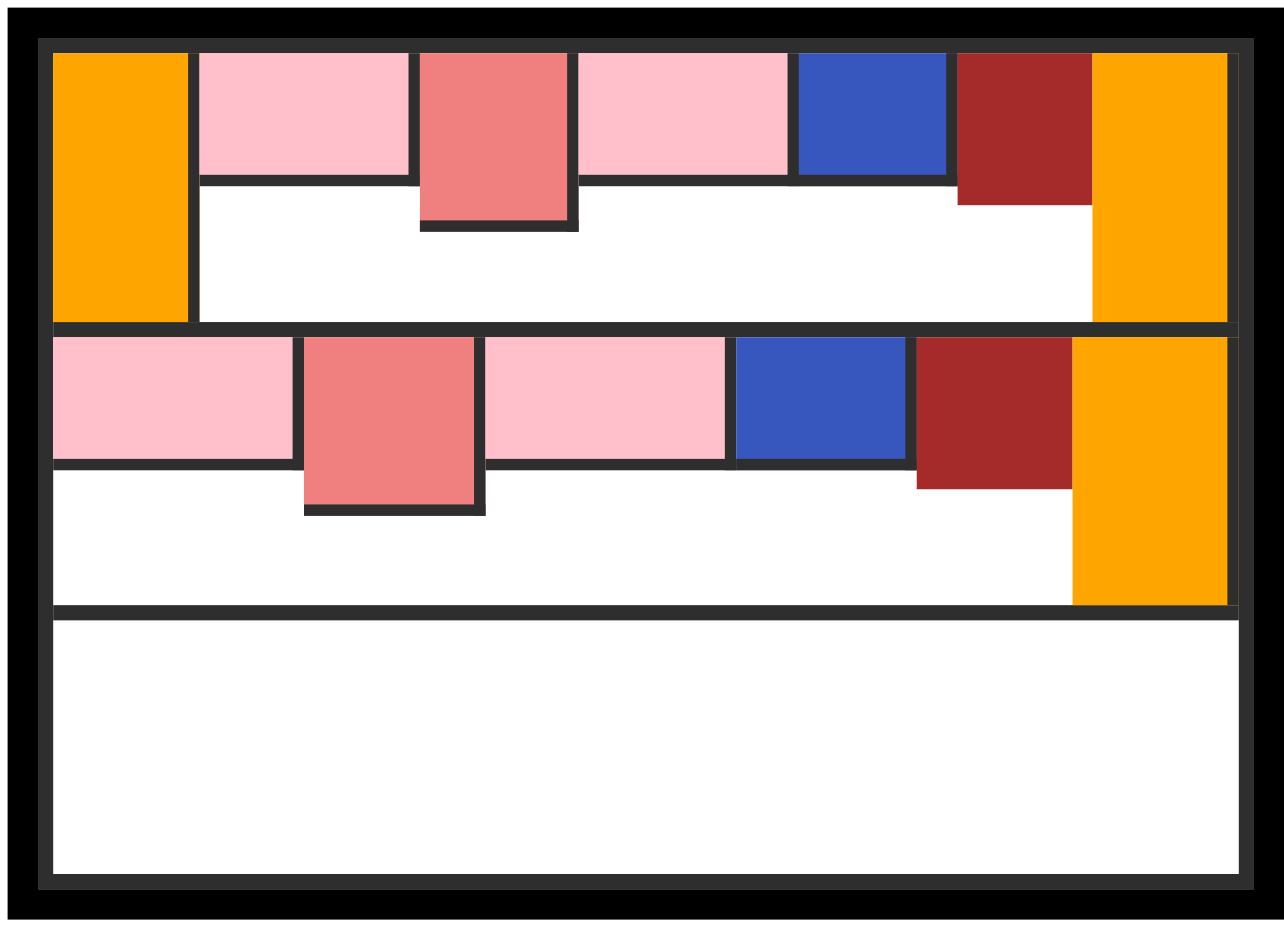
Repository: Tsardines/mondrian
Page: index.html
An editor plug-in stored every save of this project. The page is shown before and after the next save, followed by the edit.
The browser window is 1280 px wide. The page is 1352 px wide, so the pictures cover 1352 px, including what lies to the right of the window. The pictures show the whole page, at 95% of full size.
Some web fonts or font styles are not loaded; a fallback is used.

Above is the page before, as saved 2019-10-20 16:39:53.

After the next save:
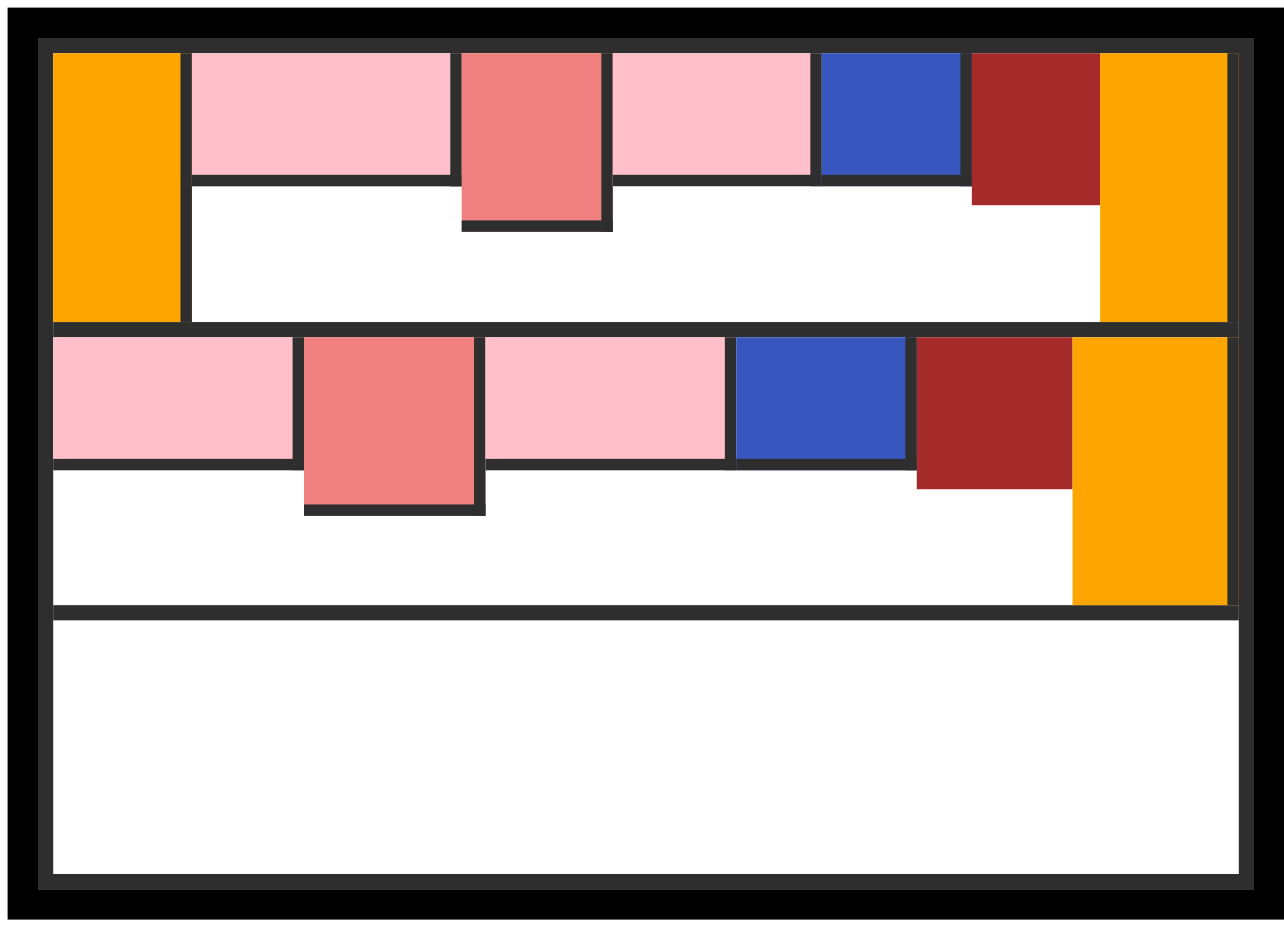
Saved 2 min 14 s later.
--- a/index.html
+++ b/index.html
@@ -17,7 +17,7 @@
         <div class="grid__container">
             <div class="grid__top">
                 <div class="rect--vert"></div>
-                <div class="rect--hori"></div>
+                <div class="rect--hori"><div class="rect--hori"></div></div>
                 <div class="sq--hori"></div>
                 <div class="rect--hori"></div>
                 <div class="rect--hori--mini"></div>

After the save that followed:
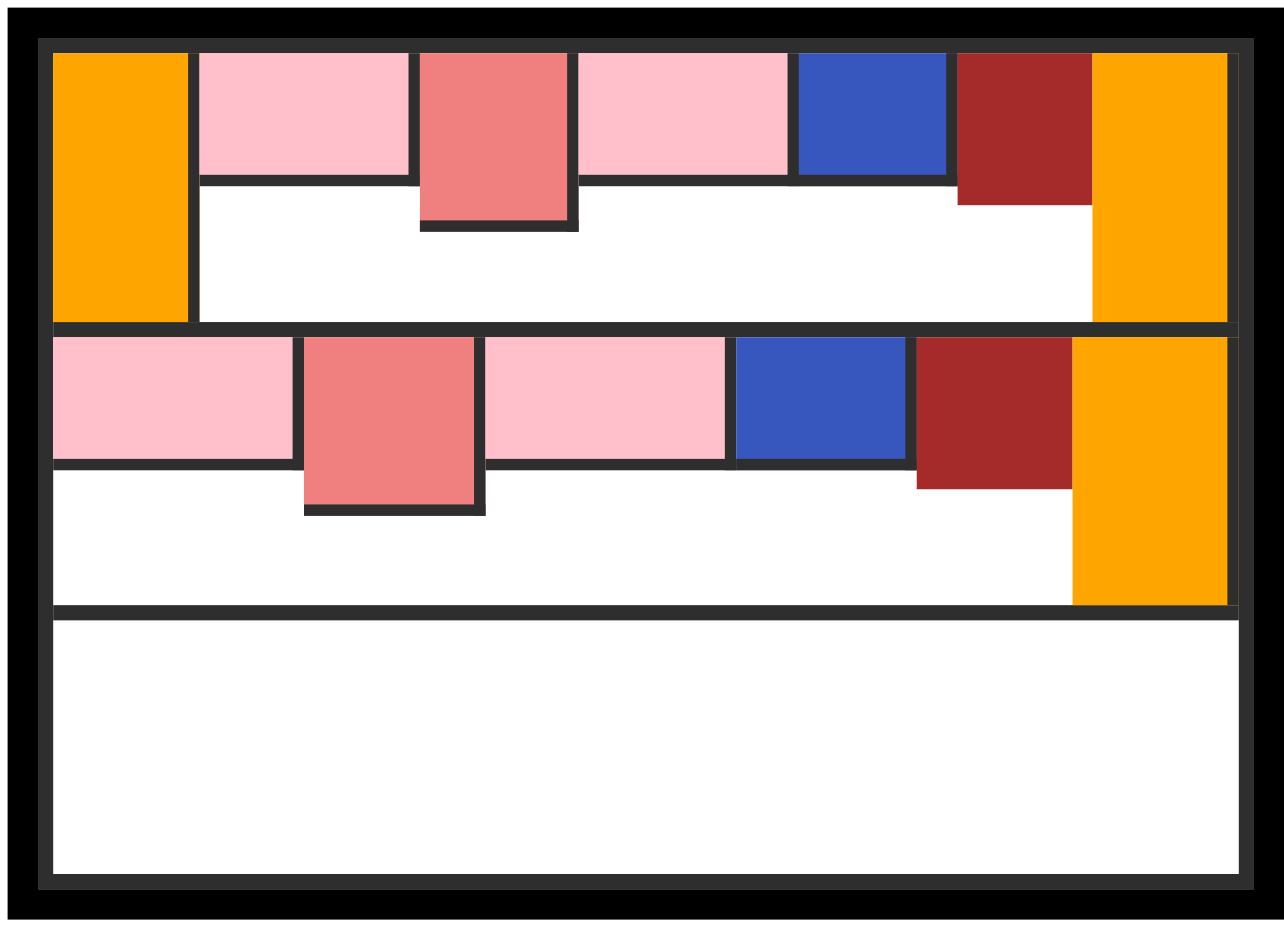
Saved 4 s later.
--- a/index.html
+++ b/index.html
@@ -17,7 +17,7 @@
         <div class="grid__container">
             <div class="grid__top">
                 <div class="rect--vert"></div>
-                <div class="rect--hori"><div class="rect--hori"></div></div>
+                <div class="rect--hori"></div>
                 <div class="sq--hori"></div>
                 <div class="rect--hori"></div>
                 <div class="rect--hori--mini"></div>
